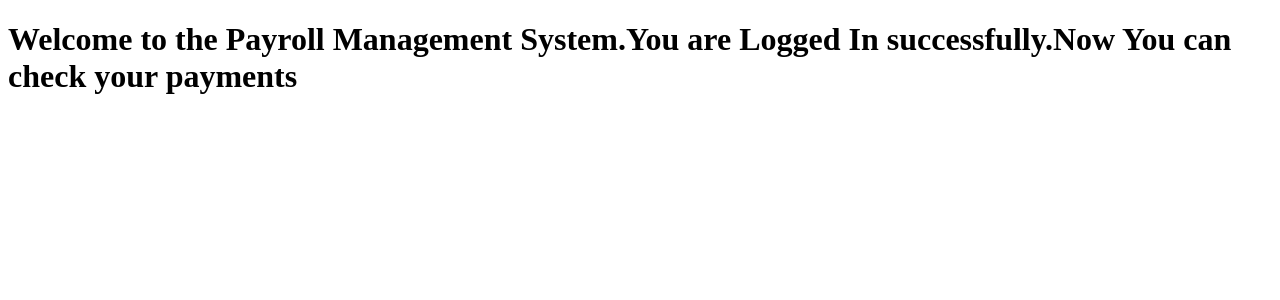
Repository: jagathishk/Sem_Devops
Page: http://localhost/Payroll_Management_system/WEB-INF/views/success.jsp
An editor plug-in stored every save of this project. The page is shown before and after the next save, followed by the edit.
The browser window is 1280 px wide. The pictures show the whole page.
The page is served by Tomcat 9. Nobody is signed in. The template is opened directly, without the code that normally fills it, so the values that code supplies are empty.

Above is the page before, as saved 2019-05-07 04:50:06.

After the next save:
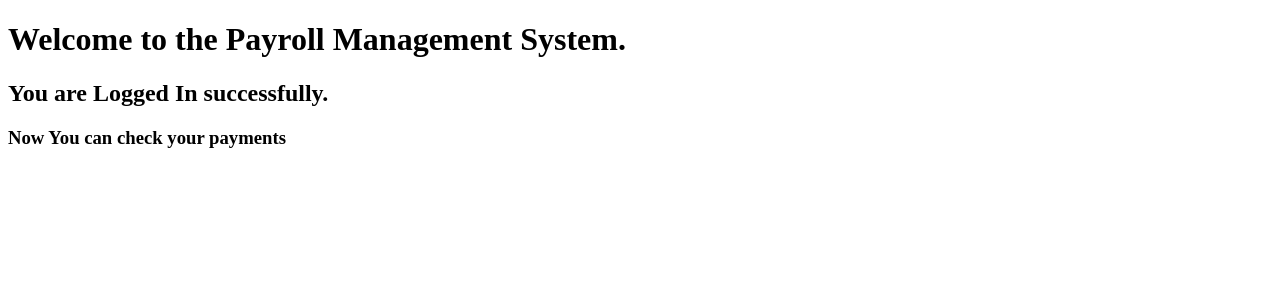
Saved 38 s later.
--- a/Payroll_Management_system/WebContent/WEB-INF/views/success.jsp
+++ b/Payroll_Management_system/WebContent/WEB-INF/views/success.jsp
@@ -7,6 +7,8 @@
 <title>Login Successful</title>
 </head>
 <body>
-<h1>Welcome to the Payroll Management System.You are Logged In successfully.Now You can check your payments</h1>
+<h1>Welcome to the Payroll Management System.</h1>
+<h2>You are Logged In successfully.</h2>
+<h3>Now You can check your payments</h3>
 </body>
 </html>
